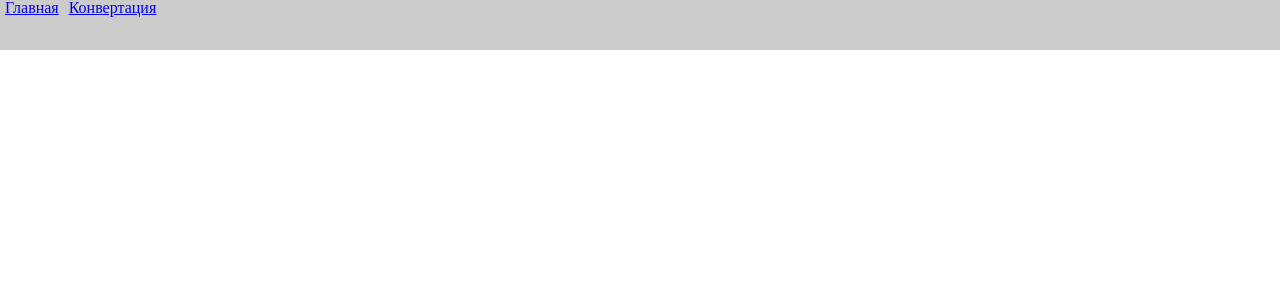
Repository: Friend689/vite-vue-currency-conversion
Page: /convert
These files come from the project's save history. The page is drawn as it stood at one moment and after the next save; the edit follows.
The browser window is 1280 px wide. The pictures show the whole page.
The project was rebuilt for these pictures with package versions that can differ from the ones it lists, and the page was loaded fresh each time. Also part of the build but not shown: vite.config.js, src/views/Main.vue.

Above is the page before, as saved 2024-09-03 18:49:33.

### src/main.js
import { createApp } from 'vue'
import './style.css'
import App from './App.vue';
import router from './router';

createApp(App).use(router).mount('#app')

### src/App.vue
<script setup>
import Header from "@/components/ui/Header.vue";
</script>

<template>
  <div>
    <Header />
    <main>
      <router-view />
    </main>
  </div>
</template>

<style scoped></style>

### src/router/index.js
import { createRouter, createWebHistory } from 'vue-router'

import Main from '@/views/Main.vue';
import Convert from '@/views/Convert.vue';


const routes = [
  { path: '/', component: Main },
  { path: '/convert', component: Convert },
]

export default createRouter({
  history: createWebHistory(),
  routes,
})

### src/components/ui/Header.vue
<script setup></script>

<template>
  <header>
    <router-link to="/">Главная</router-link>
    <router-link to="/convert">Конвертация</router-link>
  </header>
</template>

<style scoped>
header {
  height: 50px;
  background-color: #ccc;
}
header a {
  margin: 0 5px;
}
</style>

### src/views/Convert.vue
<script setup></script>

<template>
  <div>
    <header></header>
    <main></main>
  </div>
</template>

<style></style>

Loaded but not shown: index.html (common file); src/style.css (common file)

After the next save:
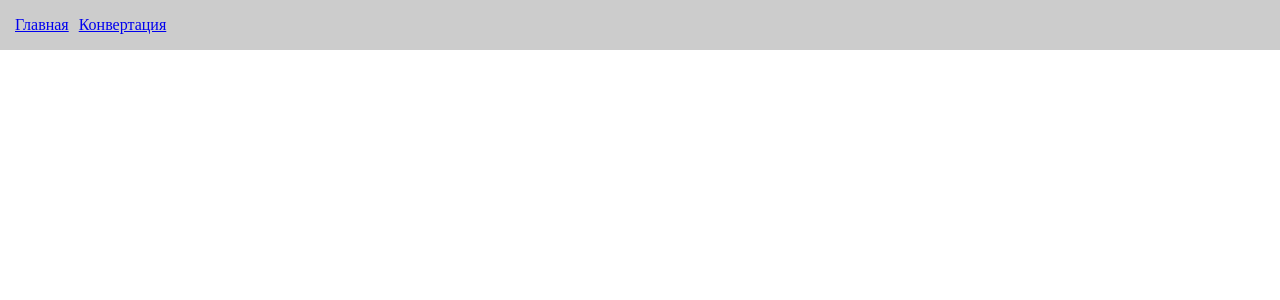
Saved 22 s later.
--- a/src/components/ui/Header.vue
+++ b/src/components/ui/Header.vue
@@ -11,6 +11,9 @@
 header {
   height: 50px;
   background-color: #ccc;
+  display: flex;
+  align-items: center;
+  padding: 0 10px;
 }
 header a {
   margin: 0 5px;
